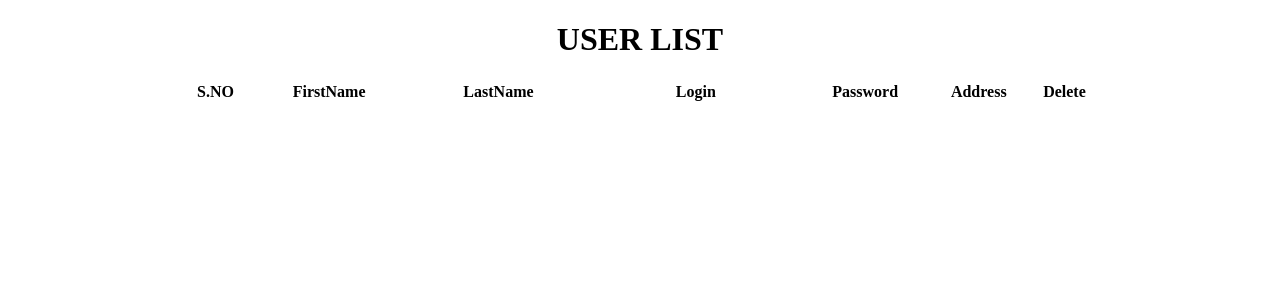
Repository: jatinragh42/Project_3_module
Page: http://localhost/p3/UserListView.jsp
An editor plug-in stored every save of this project. The page is shown before and after the next save, followed by the edit.
The browser window is 1280 px wide. The pictures show the whole page.
The page is served by Tomcat 9.

Above is the page before, as saved 2023-11-29 09:59:04.

After the next save:
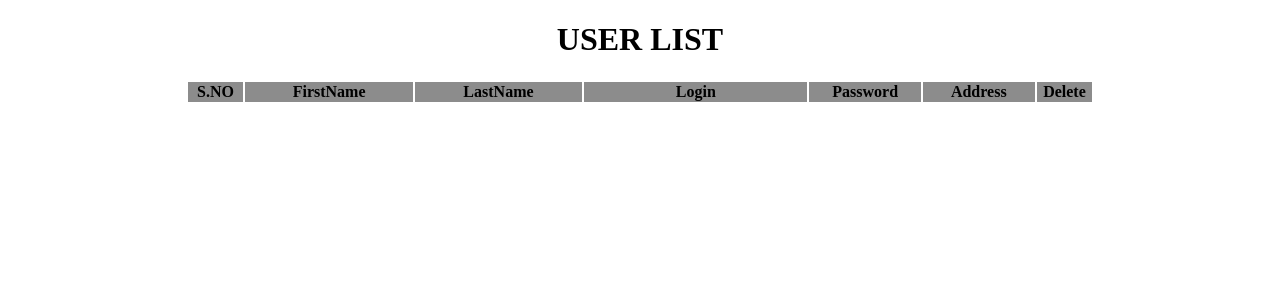
Saved 66 s later.
--- a/Project_3_module_practice/p3/src/main/webapp/UserListView.jsp
+++ b/Project_3_module_practice/p3/src/main/webapp/UserListView.jsp
@@ -13,7 +13,7 @@
 		<div align="center"  "margin-bottom: 20px" class="table-responsive">
 			<table class="table table-bordered">
 				<thead>
-					<tr style="background-color=:#8C8C8C">
+					<tr style="background-color: #8C8C8C;">
 						<th width="5%" class="text">S.NO</th>
 						<th width="15%" class="text">FirstName</th>
 						<th width="15%" class="text">LastName</th>

After the save that followed:
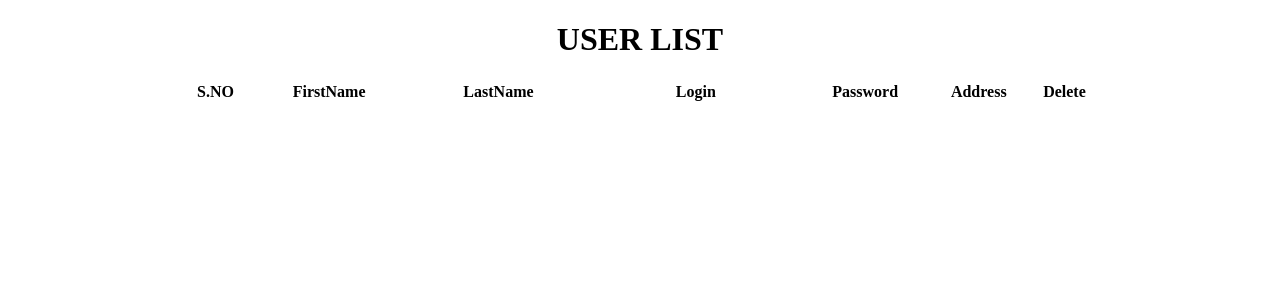
Saved 69 s later.
--- a/Project_3_module_practice/p3/src/main/webapp/UserListView.jsp
+++ b/Project_3_module_practice/p3/src/main/webapp/UserListView.jsp
@@ -13,7 +13,7 @@
 		<div align="center"  "margin-bottom: 20px" class="table-responsive">
 			<table class="table table-bordered">
 				<thead>
-					<tr style="background-color: #8C8C8C;">
+					<tr style="background-color: sky-blue;">
 						<th width="5%" class="text">S.NO</th>
 						<th width="15%" class="text">FirstName</th>
 						<th width="15%" class="text">LastName</th>
